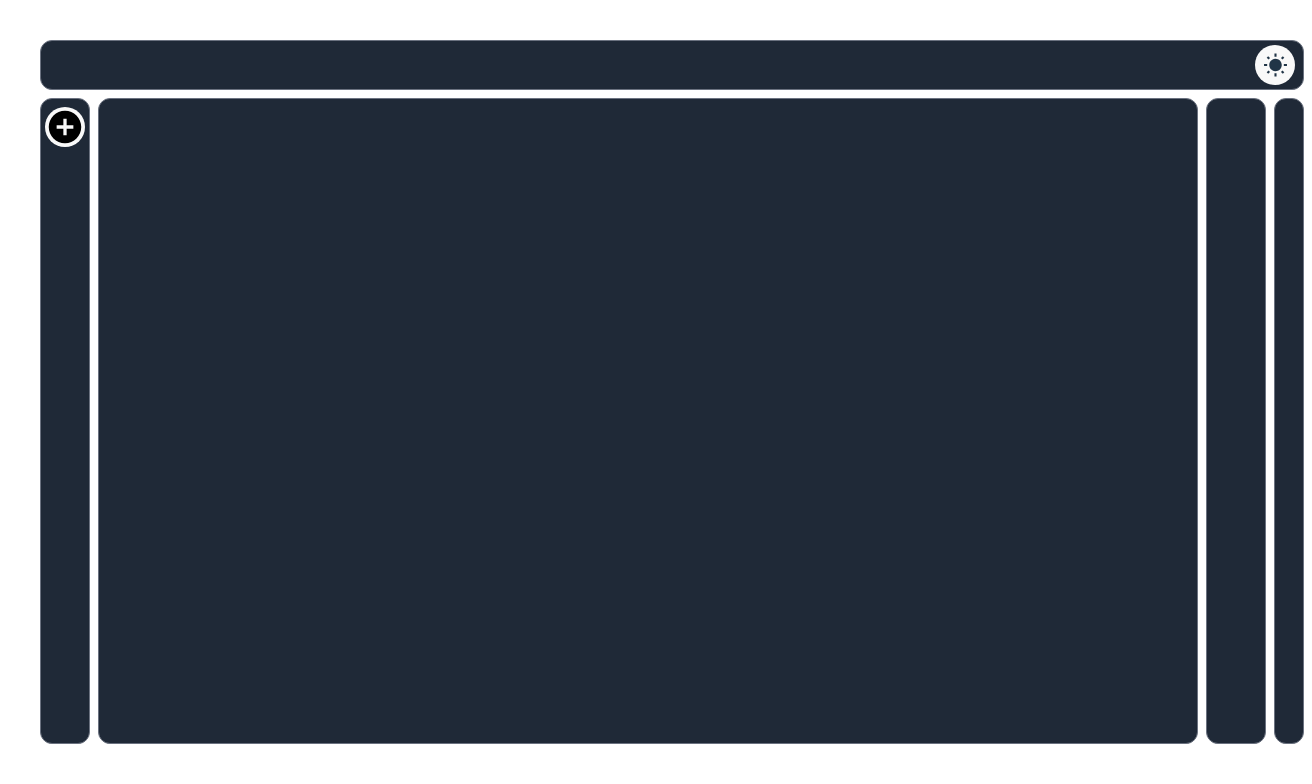
Repository: Wuiserous/Todo-App
Page: /
An editor plug-in stored every save of this project. The page is shown before and after the next save, followed by the edit.
The browser window is 1280 px wide. The page is 1312 px wide, so the pictures cover 1312 px, including what lies to the right of the window. The pictures show the whole page.
The project was rebuilt for these pictures with package versions that can differ from the ones it lists, and the page was loaded fresh each time. Also part of the build but not shown: vite.config.js, src/components/Modal.jsx.

Above is the page before, as saved 2024-11-10 12:35:50.

### src/index.css
/* src/index.css */
@tailwind base;
@tailwind components;
@tailwind utilities;

:root {
  font-family: Inter, system-ui, Avenir, Helvetica, Arial, sans-serif;
  line-height: 1.5;
  font-weight: 400;

  color-scheme: light dark;
  color: rgba(255, 255, 255, 0.87);
  background-color: black;

  font-synthesis: none;
  text-rendering: optimizeLegibility;
  -webkit-font-smoothing: antialiased;
  -moz-osx-font-smoothing: grayscale;
}

a {
  font-weight: 500;
  color: #646cff;
  text-decoration: inherit;
}
a:hover {
  color: #535bf2;
}

h1 {
  font-size: 3.2em;
  line-height: 1.1;
}


button:hover {
  border-color: #646cff;
}
button:focus,
button:focus-visible {
  outline: 4px auto -webkit-focus-ring-color;
}

@media (prefers-color-scheme: light) {
  :root {
    color: #213547;
    background-color: #ffffff;
  }
  a:hover {
    color: #747bff;
  }
  button {
    background-color: #f9f9f9;
  }
}

### src/App.jsx
import { useState } from 'react'
import './App.css'
import { MdWbSunny } from "react-icons/md";
import { AiFillMoon } from "react-icons/ai";
import { IoMdAddCircle } from "react-icons/io";
import ToolBar from './components/ToolBar'
import NavBar from './components/NavBar'
import TaskSpace from './components/TaskSpace'
import Modal from './components/Modal'
import ProgressSpace from './components/ProgressSpace'
import MotivationSpace from './components/MotivationSpace'

function App() {
  const [darkMode, setDarkMode] = useState(false)
  const [showModal, setShowModal] = useState(false)
  const hideModal = () => setShowModal(false)
  return (
    <div className='w-[100vw] overflow-hidden p-2 gap-2 h-[100vh] grid grid-cols-[50px_1100px_60px_1fr] grid-rows-[50px_1fr_1fr_1fr]'>
      <ToolBar bgColor={darkMode?'bg-gray-100' : 'bg-gray-800'} Button={<button className="w-10 h-10 rounded-full flex items-center justify-center" onClick={() => setShowModal(true)}><IoMdAddCircle className={`${darkMode ? 'text-black' : 'text-black'}`} size={40} /></button>} />
      <NavBar Button={<button className="w-10 h-10 focus:outline-non1 rounded-full flex items-center justify-center" onClick={() => setDarkMode(!darkMode)}>{darkMode ? <AiFillMoon className='text-black' size={25} /> : <MdWbSunny size={25} />}</button>} bgColor={darkMode?'bg-gray-100' : 'bg-gray-800' }/>
      <TaskSpace bgColor={darkMode?'bg-gray-100' : 'bg-gray-800' } />
      <ProgressSpace bgColor={darkMode?'bg-gray-100' : 'bg-gray-800' } />
      <MotivationSpace bgColor={darkMode?'bg-gray-100' : 'bg-gray-800' } />
      <Modal Show={showModal} hide={hideModal} />
    </div>
  )
}

export default App

### src/components/ToolBar.jsx
export default function ToolBar(props) {
    return (
      <div className={`border ${props.bgColor} border-gray-500 p-2 flex justify-center rounded-xl col-span-1 row-start-2 row-end-5`}>
        {props.Button}
      </div>
    )
}

### src/components/NavBar.jsx
import { useState } from 'react'

export default function NavBar(props) {
    return (
      <div className={`rounded-xl col-span-4 border ${props.bgColor} border-gray-500 flex items-center justify-end p-2`}>
        {props.Button}
      </div>
    )
}

### src/components/TaskSpace.jsx
export default function TaskSpace(props) {
    return (
      <div className={`rounded-xl col-start-2 row-start-2 row-end-5 border ${props.bgColor} border-gray-500`}></div>
    )
}

### src/components/ProgressSpace.jsx
export default function ProgressSpace(props) {
    return (
      <div className={`rounded-xl row-start-2 row-end-5 col-start-3 col-end-4 border ${props.bgColor} border-gray-500`}></div>
    )
}

### src/components/MotivationSpace.jsx
export default function MotivationSpace(props) {
    return (
      <div className={`rounded-xl row-start-2 row-end-5 col-start-4 col-end-4 col-span-3 border ${props.bgColor} border-gray-500`}></div>
    )
}

Loaded but not shown: src/main.jsx (common file); src/App.css (common file); tailwind.config.js (common file)

After the next save:
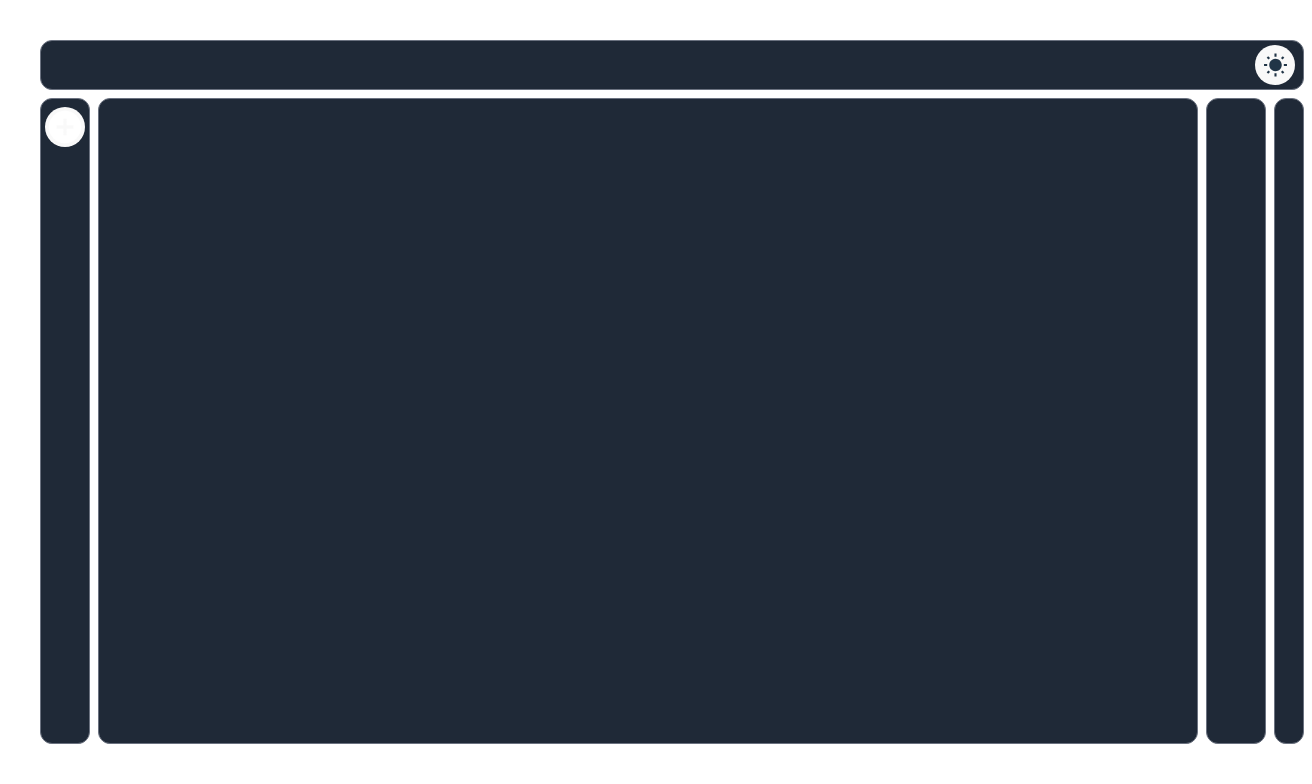
Saved 4 s later.
--- a/src/App.jsx
+++ b/src/App.jsx
@@ -16,7 +16,7 @@ function App() {
   const hideModal = () => setShowModal(false)
   return (
     <div className='w-[100vw] overflow-hidden p-2 gap-2 h-[100vh] grid grid-cols-[50px_1100px_60px_1fr] grid-rows-[50px_1fr_1fr_1fr]'>
-      <ToolBar bgColor={darkMode?'bg-gray-100' : 'bg-gray-800'} Button={<button className="w-10 h-10 rounded-full flex items-center justify-center" onClick={() => setShowModal(true)}><IoMdAddCircle className={`${darkMode ? 'text-black' : 'text-black'}`} size={40} /></button>} />
+      <ToolBar bgColor={darkMode?'bg-gray-100' : 'bg-gray-800'} Button={<button className="w-10 h-10 rounded-full flex items-center justify-center" onClick={() => setShowModal(true)}><IoMdAddCircle className={`${darkMode ? 'text-black' : 'text-white'}`} size={40} /></button>} />
       <NavBar Button={<button className="w-10 h-10 focus:outline-non1 rounded-full flex items-center justify-center" onClick={() => setDarkMode(!darkMode)}>{darkMode ? <AiFillMoon className='text-black' size={25} /> : <MdWbSunny size={25} />}</button>} bgColor={darkMode?'bg-gray-100' : 'bg-gray-800' }/>
       <TaskSpace bgColor={darkMode?'bg-gray-100' : 'bg-gray-800' } />
       <ProgressSpace bgColor={darkMode?'bg-gray-100' : 'bg-gray-800' } />
